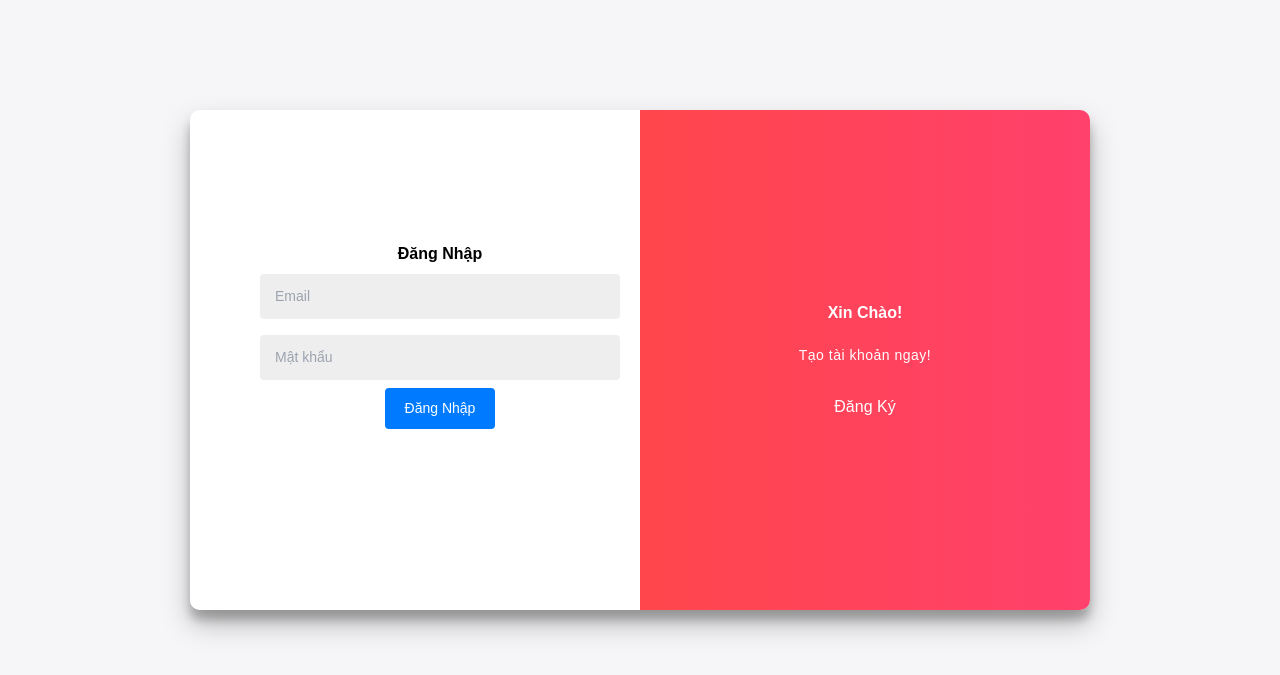
Repository: BlackWolf2002/project_airbn_react
Page: /admin/bookings
An editor plug-in stored every save of this project. The page is shown before and after the next save, followed by the edit.
The browser window is 1280 px wide. The pictures show the whole page.
The project was rebuilt for these pictures with package versions that can differ from the ones it lists, and the page was loaded fresh each time. Also part of the build but not shown: vite.config.js, src/api/apiService.js, src/style/Home.css, src/components/Navbar.jsx, src/style/Footer.css, src/components/Footer.jsx, src/components/Home.jsx, src/style/Admin.css and 17 more.

Above is the page before, as saved 2025-02-16 19:21:51.

After the next save:
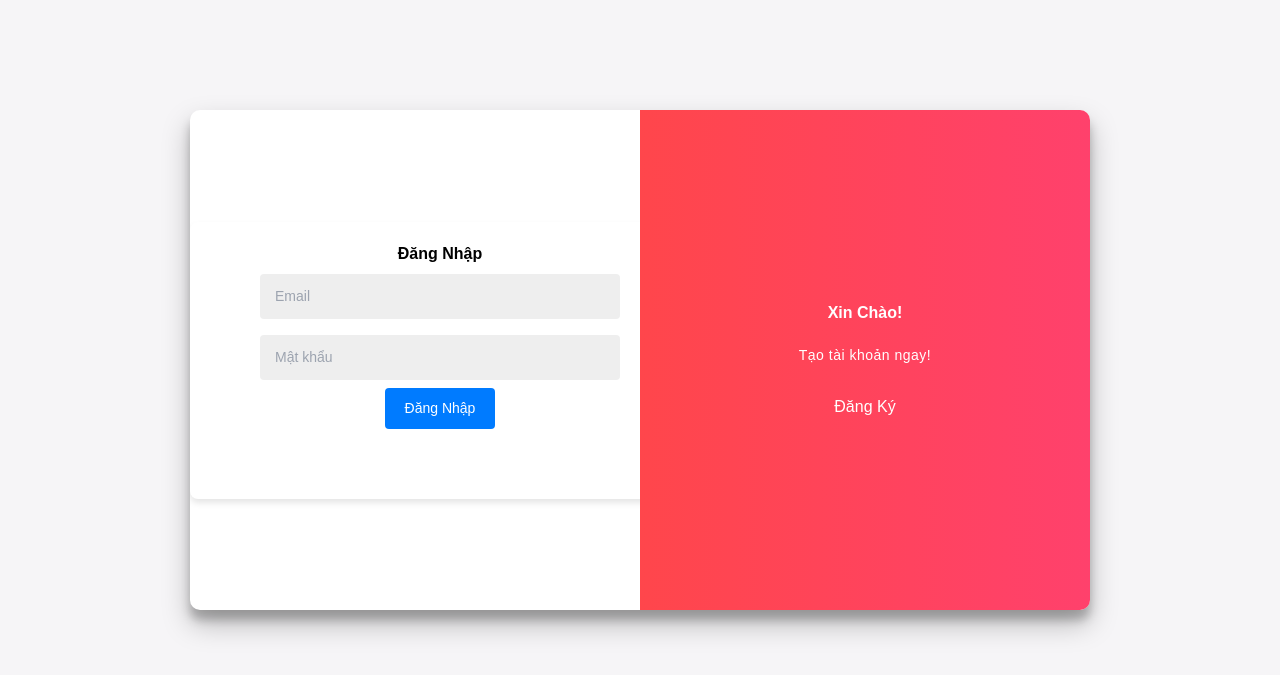
Saved 5 s later.
--- a/src/style/Login.css
+++ b/src/style/Login.css
@@ -87,11 +87,9 @@ body {
 }
 
 .form-container {
+    width: 50%;
     position: absolute;
-    top: 0;
-    height: 100%;
-    width: 50%;
-    transition: transform 0.6s ease-in-out, opacity 0.6s ease-in-out;
+    transition: transform 0.6s ease-in-out;
 }
 
 .sign-in-container {
